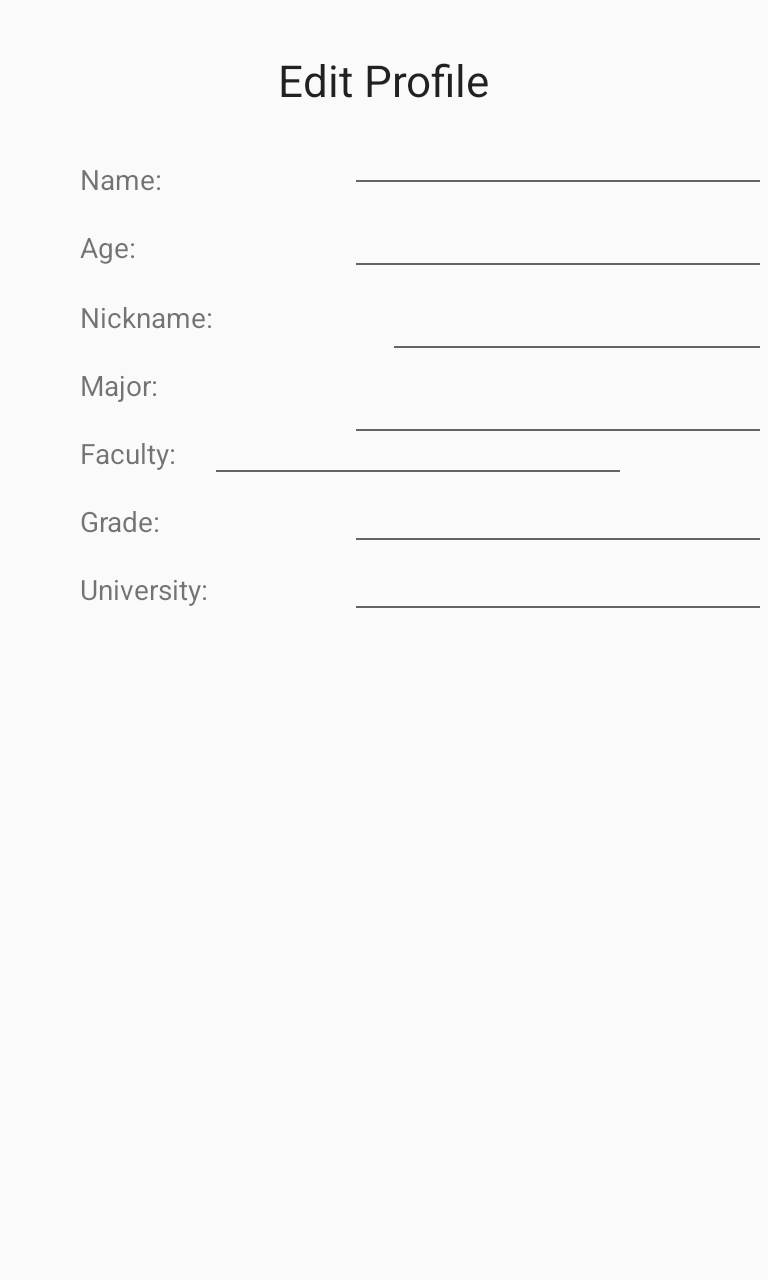
Repository: Android55410599/PROFILE
Layout: Resume_55410559/res/layout/resume.xml
An editor plug-in stored every save of this project. The layout is shown before and after the next save, followed by the edit.
It is drawn on a 768 x 1280 px phone screen (xhdpi) without system bars, with theme AppTheme; the app's code is not run.

Above is the layout before, as saved 2014-09-06 02:30:32.

### Resume_55410559/res/layout/resume.xml
<?xml version="1.0" encoding="utf-8"?>
<RelativeLayout xmlns:android="http://schemas.android.com/apk/res/android"
    android:layout_width="match_parent"
    android:layout_height="match_parent" >

	<TextView
	    android:id="@+id/Textview1"
	    android:layout_width="wrap_content"
	    android:layout_height="wrap_content"
	    android:layout_marginLeft="40dp"
	    android:layout_marginTop="80dp"
	    android:text="Name: " />

	<TextView
	    android:id="@+id/textView2"
	    android:layout_width="wrap_content"
	    android:layout_height="wrap_content"
	    android:layout_alignParentLeft="true"
	    android:layout_below="@+id/Textview1"
	    android:layout_marginLeft="40dp"
	    android:layout_marginTop="15dp"
	    android:text="Age:" />

	<TextView
	    android:id="@+id/textView3"
	    android:layout_width="wrap_content"
	    android:layout_height="wrap_content"
	    android:layout_alignLeft="@+id/textView2"
	    android:layout_below="@+id/textView2"
	    android:layout_marginTop="16dp"
	    android:text="Nickname:" />

	<TextView
	    android:id="@+id/textView4"
	    android:layout_width="wrap_content"
	    android:layout_height="wrap_content"
	    android:layout_alignParentLeft="true"
	    android:layout_below="@+id/textView3"
	    android:layout_marginLeft="40dp"
	    android:layout_marginTop="15dp"
	    android:text="Major:" />

	<TextView
	    android:id="@+id/textView5"
	    android:layout_width="wrap_content"
	    android:layout_height="wrap_content"
	    android:layout_alignParentLeft="true"
	    android:layout_below="@+id/textView4"
	    android:layout_marginLeft="40dp"
	    android:layout_marginTop="15dp"
	    android:text="Faculty:" />

	<TextView
	    android:id="@+id/textView6"
	    android:layout_width="wrap_content"
	    android:layout_height="wrap_content"
	    android:layout_alignParentLeft="true"
	    android:layout_below="@+id/textView5"
	    android:layout_marginLeft="40dp"
	    android:layout_marginTop="15dp"
	    android:text="Grade:" />

	<TextView
	    android:id="@+id/textView7"
	    android:layout_width="wrap_content"
	    android:layout_height="wrap_content"
	    android:layout_alignParentLeft="true"
	    android:layout_below="@+id/textView6"
	    android:layout_marginLeft="40dp"
	    android:layout_marginTop="15dp"
	    android:text="University:" />

	<TextView
	    android:id="@+id/textView8"
	    android:layout_width="wrap_content"
	    android:layout_height="wrap_content"
	    android:layout_alignParentTop="true"
	    android:layout_centerHorizontal="true"
	    android:layout_marginTop="25dp"
	    android:text="Edit Profile"
	    android:textAppearance="?android:attr/textAppearanceLarge" />

	<EditText
	    android:id="@+id/editText1"
	    android:layout_width="wrap_content"
	    android:layout_height="wrap_content"
	    android:layout_alignBottom="@+id/Textview1"
	    android:layout_alignParentRight="true"
	    android:ems="10"
	    android:inputType="textPersonName" />

	<EditText
	    android:id="@+id/editText3"
	    android:layout_width="wrap_content"
	    android:layout_height="wrap_content"
	    android:layout_alignLeft="@+id/editText2"
	    android:layout_below="@+id/editText2"
	    android:layout_marginLeft="19dp"
	    android:ems="10" />

	<EditText
	    android:id="@+id/editText2"
	    android:layout_width="wrap_content"
	    android:layout_height="wrap_content"
	    android:layout_alignParentRight="true"
	    android:layout_below="@+id/editText1"
	    android:ems="10" >

	</EditText>

	<EditText
	    android:id="@+id/editText4"
	    android:layout_width="wrap_content"
	    android:layout_height="wrap_content"
	    android:layout_alignParentRight="true"
	    android:layout_below="@+id/editText3"
	    android:ems="10" />

	<EditText
	    android:id="@+id/editText5"
	    android:layout_width="wrap_content"
	    android:layout_height="wrap_content"
	    android:layout_alignBaseline="@+id/textView5"
	    android:layout_alignBottom="@+id/textView5"
	    android:layout_toRightOf="@+id/textView7"
	    android:ems="10" />

	<EditText
	    android:id="@+id/editText6"
	    android:layout_width="wrap_content"
	    android:layout_height="wrap_content"
	    android:layout_alignBaseline="@+id/textView6"
	    android:layout_alignBottom="@+id/textView6"
	    android:layout_alignParentRight="true"
	    android:ems="10" />

	<EditText
	    android:id="@+id/editText7"
	    android:layout_width="wrap_content"
	    android:layout_height="wrap_content"
	    android:layout_alignBaseline="@+id/textView7"
	    android:layout_alignBottom="@+id/textView7"
	    android:layout_alignParentRight="true"
	    android:ems="10" />

</RelativeLayout>

Loaded but not shown: Resume_55410559/res/values/styles.xml (common file); Resume_55410559/res/values-v11/styles.xml (common file); Resume_55410559/res/values-v14/styles.xml (common file)

After the next save:
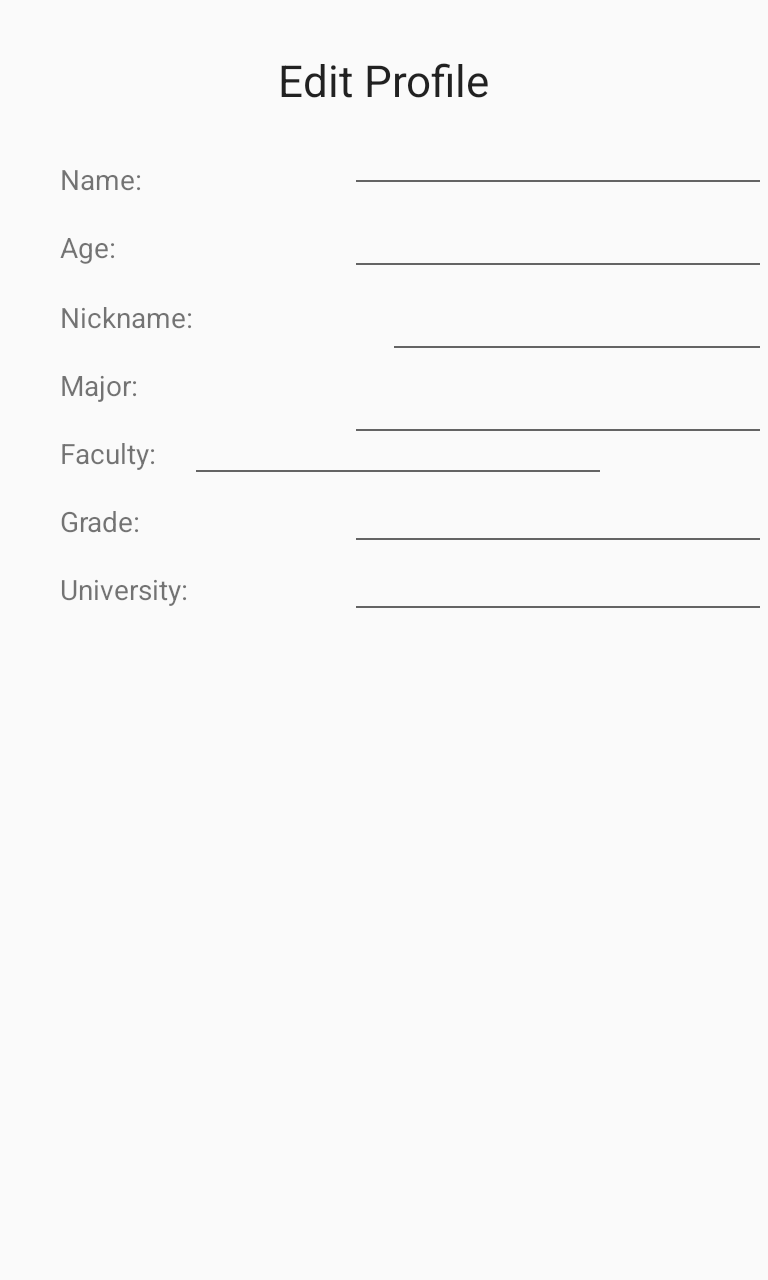
Saved 2 min 38 s later.
--- a/Resume_55410559/res/layout/resume.xml
+++ b/Resume_55410559/res/layout/resume.xml
@@ -7,7 +7,7 @@
 	    android:id="@+id/Textview1"
 	    android:layout_width="wrap_content"
 	    android:layout_height="wrap_content"
-	    android:layout_marginLeft="40dp"
+	    android:layout_marginLeft="30dp"
 	    android:layout_marginTop="80dp"
 	    android:text="Name: " />
 
@@ -17,7 +17,7 @@
 	    android:layout_height="wrap_content"
 	    android:layout_alignParentLeft="true"
 	    android:layout_below="@+id/Textview1"
-	    android:layout_marginLeft="40dp"
+	    android:layout_marginLeft="30dp"
 	    android:layout_marginTop="15dp"
 	    android:text="Age:" />
 
@@ -36,7 +36,7 @@
 	    android:layout_height="wrap_content"
 	    android:layout_alignParentLeft="true"
 	    android:layout_below="@+id/textView3"
-	    android:layout_marginLeft="40dp"
+	    android:layout_marginLeft="30dp"
 	    android:layout_marginTop="15dp"
 	    android:text="Major:" />
 
@@ -46,7 +46,7 @@
 	    android:layout_height="wrap_content"
 	    android:layout_alignParentLeft="true"
 	    android:layout_below="@+id/textView4"
-	    android:layout_marginLeft="40dp"
+	    android:layout_marginLeft="30dp"
 	    android:layout_marginTop="15dp"
 	    android:text="Faculty:" />
 
@@ -56,7 +56,7 @@
 	    android:layout_height="wrap_content"
 	    android:layout_alignParentLeft="true"
 	    android:layout_below="@+id/textView5"
-	    android:layout_marginLeft="40dp"
+	    android:layout_marginLeft="30dp"
 	    android:layout_marginTop="15dp"
 	    android:text="Grade:" />
 
@@ -66,7 +66,7 @@
 	    android:layout_height="wrap_content"
 	    android:layout_alignParentLeft="true"
 	    android:layout_below="@+id/textView6"
-	    android:layout_marginLeft="40dp"
+	    android:layout_marginLeft="30dp"
 	    android:layout_marginTop="15dp"
 	    android:text="University:" />
 
